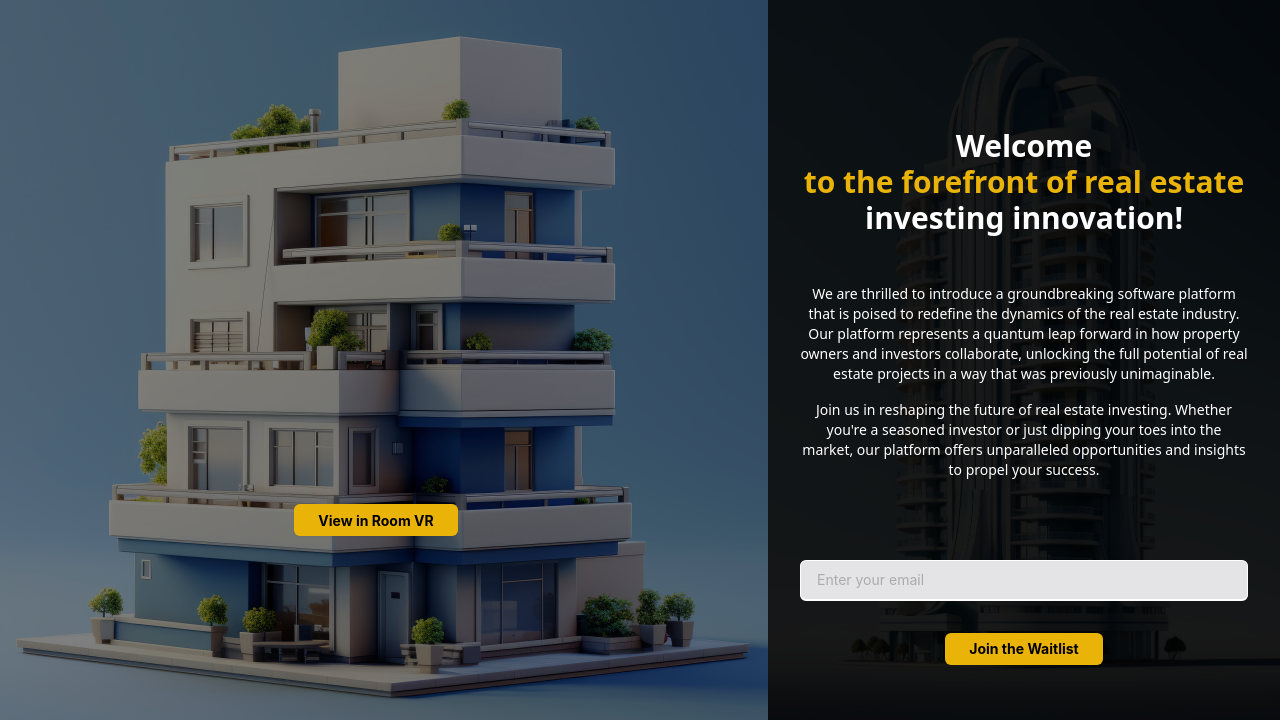
Repository: brytemenz/investnest-landing
Page: /
These files come from the project's save history. The page is drawn as it stood at one moment and after the next save; the edit follows.
The browser window is 1280 px wide. The pictures show the whole page.
The project was rebuilt for these pictures with package versions that can differ from the ones it lists, and the page was loaded fresh each time. Also part of the build but not shown: vite.config.js, src/components/ThreeDImage.jsx, src/components/footer.jsx.

Above is the page before, as saved 2024-05-29 15:56:19.

After the next save:
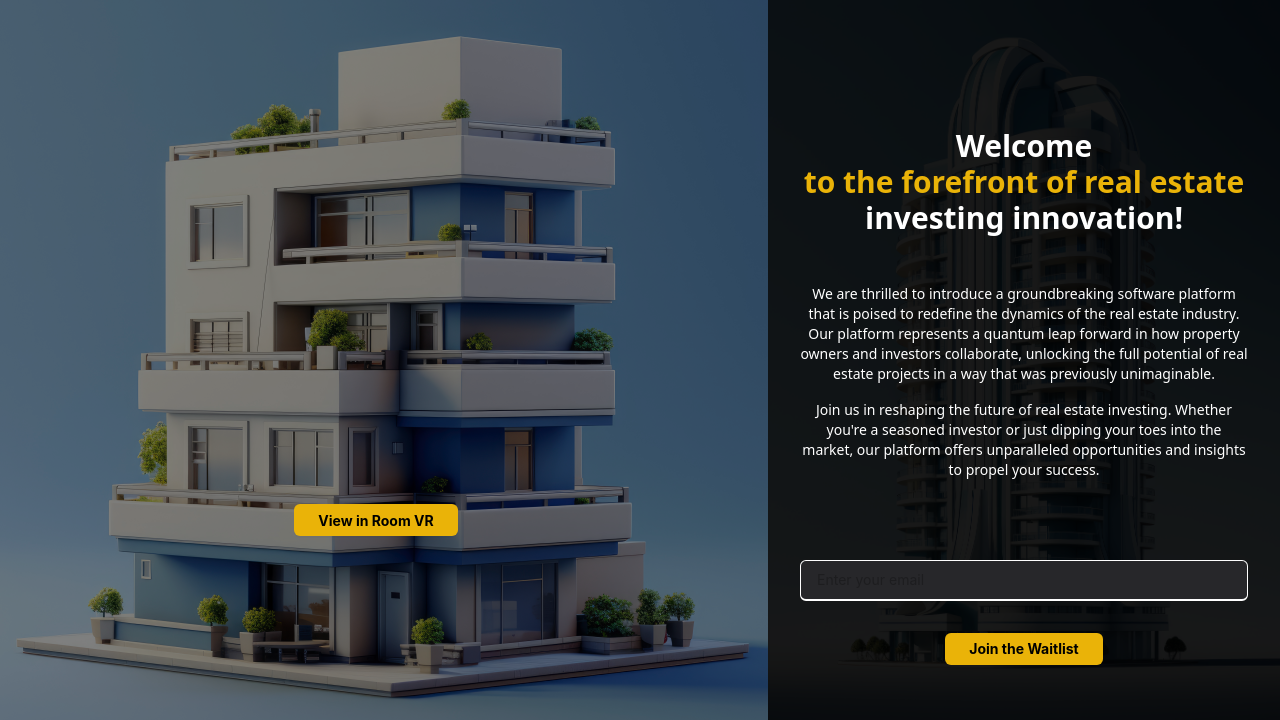
Saved 22 s later.
--- a/src/pages/landingPage.jsx
+++ b/src/pages/landingPage.jsx
@@ -63,7 +63,7 @@ const LandingPage = () => {
                     our platform offers unparalleled opportunities and insights to propel your success.
                   </p>
                   <div className="mt-20 flex justify-center">
-                    <Input placeholder="Enter your email" className="border-b-2 border-white bg-zinc-200 text-white placeholder-white::placeholder px-4 py-2 focus:outline-none focus:border-yellow-500" />
+                    <Input placeholder="Enter your email" className="border-b-2 border-white bg-zinc-800 text-white placeholder-white::placeholder px-4 py-2 focus:outline-none focus:border-yellow-500" />
                   </div>
                 </div>
                 <Button className="text-sm mt-8 flex items-center justify-center mx-auto bg-yellow-500 text-black px-6 rounded-md font-bold self-center transition duration-300 ease-in-out hover:text-yellow-500" style={{ border: 'none' }}>Join the Waitlist</Button>
